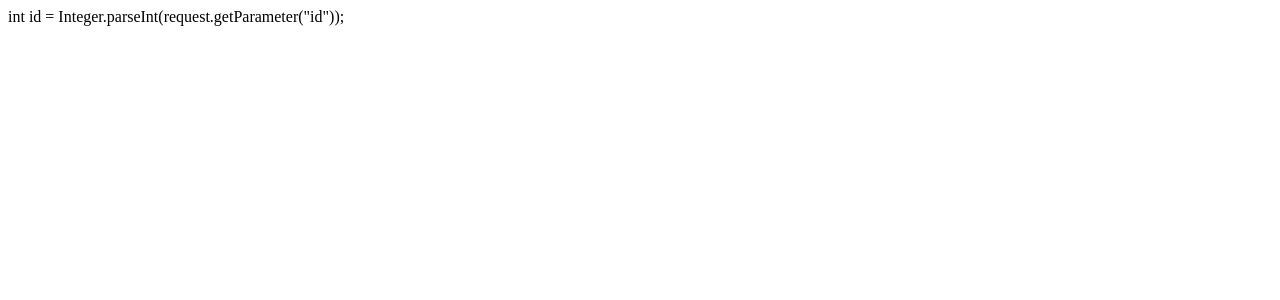
Repository: SaumyaGuptaTechnokrat/Employee_management
Page: http://localhost/Employee/delete.jsp
These files come from the project's save history. The page is drawn as it stood at one moment and after the next save; the edit follows.
The browser window is 1280 px wide. The pictures show the whole page.
The page is served by Tomcat 9. Other server files are loaded and not shown.

Above is the page before, as saved 2023-02-12 08:06:01.

### Employee/src/main/webapp/delete.jsp
<%@ page language="java" contentType="text/html; charset=ISO-8859-1"
    pageEncoding="ISO-8859-1"%>
<!DOCTYPE html>
<html>
<head>
<meta charset="ISO-8859-1">
<title>Insert title here</title>
</head>
<body>
int id = Integer.parseInt(request.getParameter("id"));
</body>
</html>

After the next save:
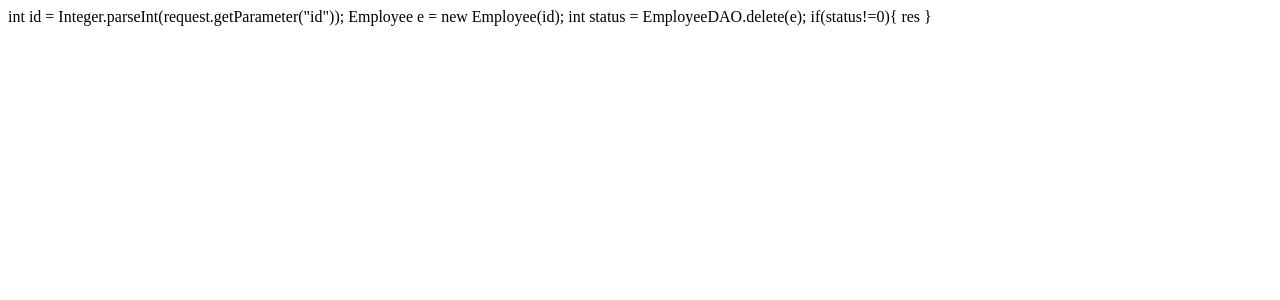
Saved 103 s later.
--- a/Employee/src/main/webapp/delete.jsp
+++ b/Employee/src/main/webapp/delete.jsp
@@ -1,4 +1,4 @@
-<%@ page language="java" contentType="text/html; charset=ISO-8859-1"
+<%@ page language="java" import="employee.Employee,employee.EmployeeDAO" contentType="text/html; charset=ISO-8859-1"
     pageEncoding="ISO-8859-1"%>
 <!DOCTYPE html>
 <html>
@@ -8,5 +8,10 @@
 </head>
 <body>
 int id = Integer.parseInt(request.getParameter("id"));
+Employee e = new Employee(id);
+int status = EmployeeDAO.delete(e);
+if(status!=0){
+	res
+}
 </body>
 </html>
